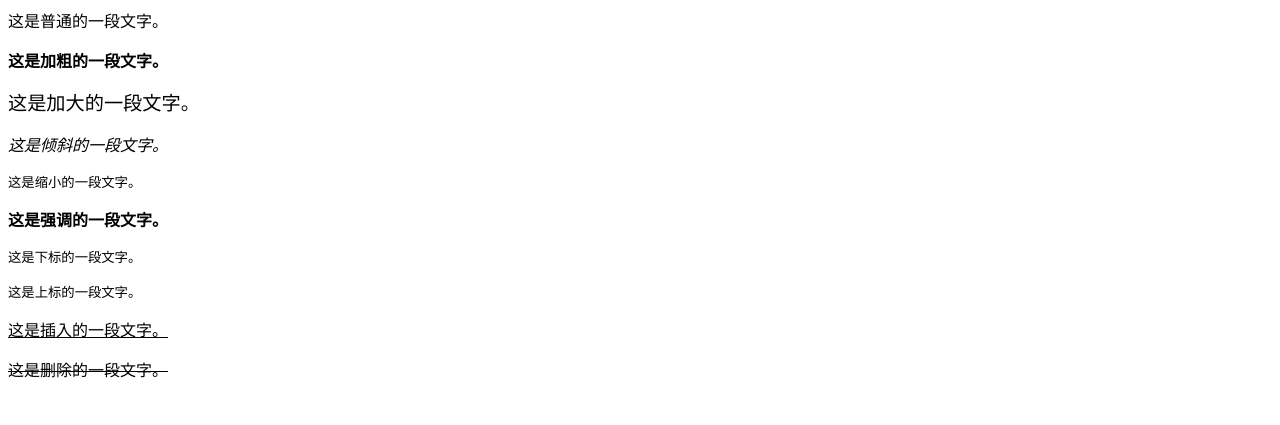
Repository: Yeyuehuke/Webstudy-Feidian
Page: 01-HTMLlearning/02-HTMLBasics/02-TextFormatting.html
These files come from the project's save history. The page is drawn as it stood at one moment and after the next save; the edit follows.
The browser window is 1280 px wide. The pictures show the whole page.

Above is the page before, as saved 2020-05-17 08:02:48.

After the next save:
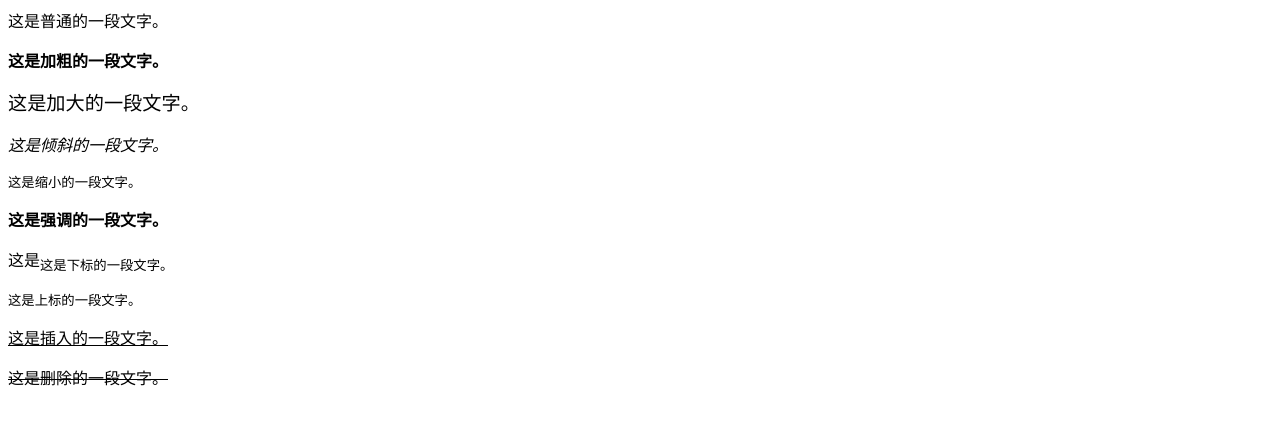
Saved 30 s later.
--- a/01-HTMLlearning/02-HTMLBasics/02-TextFormatting.html
+++ b/01-HTMLlearning/02-HTMLBasics/02-TextFormatting.html
@@ -10,7 +10,7 @@
         <p><i>这是倾斜的一段文字。</i></p>
         <p><small>这是缩小的一段文字。</small></p>
         <p><strong>这是强调的一段文字。</strong></p>
-        <p><sub>这是下标的一段文字。</sub></p>
+        <p>这是<sub>这是下标的一段文字。</sub></p>
         <p><sup>这是上标的一段文字。</sup></p>
         <p><ins>这是插入的一段文字。</ins></p>
         <p><del>这是删除的一段文字。</del></p>
